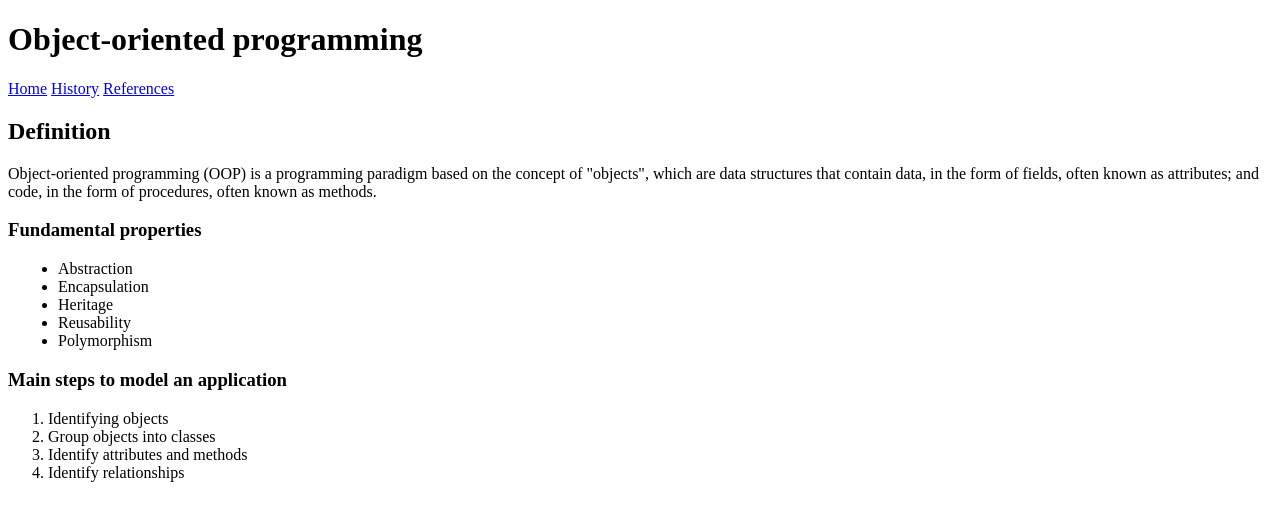
Repository: ReyesEvan/8.-Septimo_semestre
Page: Aplicaciones_en_ambientes_distribuidos/OOP/V3/home.html
These files come from the project's save history. The page is drawn as it stood at one moment and after the next save; the edit follows.
The browser window is 1280 px wide. The pictures show the whole page.

Above is the page before, as saved 2019-09-30 18:23:02.

### Aplicaciones_en_ambientes_distribuidos/OOP/V3/home.html
<!DOCTYPE html>
<html>
    <head>
        <link type="text/css" rel="stylesheet" href="main.css">
    </head>
    <body>
        <div class='header'>
            <h1>Object-oriented programming</h1>
            <ul class="nav">
                <li><a href="home.html">Home</a></li>
                <li><a href="history.html">History</a></li>
                <li><a href="references.html">References</a></li>
            </ul>
        </div>
        <div class='main-content'>
            <h2>Definition</h2>
            <p>Object-oriented programming (OOP) is a programming paradigm based on the concept of "objects", which are data structures that contain data, in the form of fields, often known as attributes; and code, in the form of procedures, often known as methods.
            </p>
            <h3>Fundamental properties</h3>
            <ul>
                <li>Abstraction</li>
                <li>Encapsulation</li>
                <li>Heritage</li>
                <li>Reusability</li>
                <li>Polymorphism</li>
            </ul>
            <h3>Main steps to model an application</h3>
            <ol>
                <li>Identifying objects</li>
                <li>Group objects into classes</li>
                <li>Identify attributes and methods</li>
                <li>Identify relationships</li>
            </ol>
        </div>
    </body>
</html>

### Aplicaciones_en_ambientes_distribuidos/OOP/V3/main.css
ul {
    padding: 0 0 0 50px;
}

.nav {
    padding-left: 0;
}

.nav li {
    display: inline;
}

After the next save:
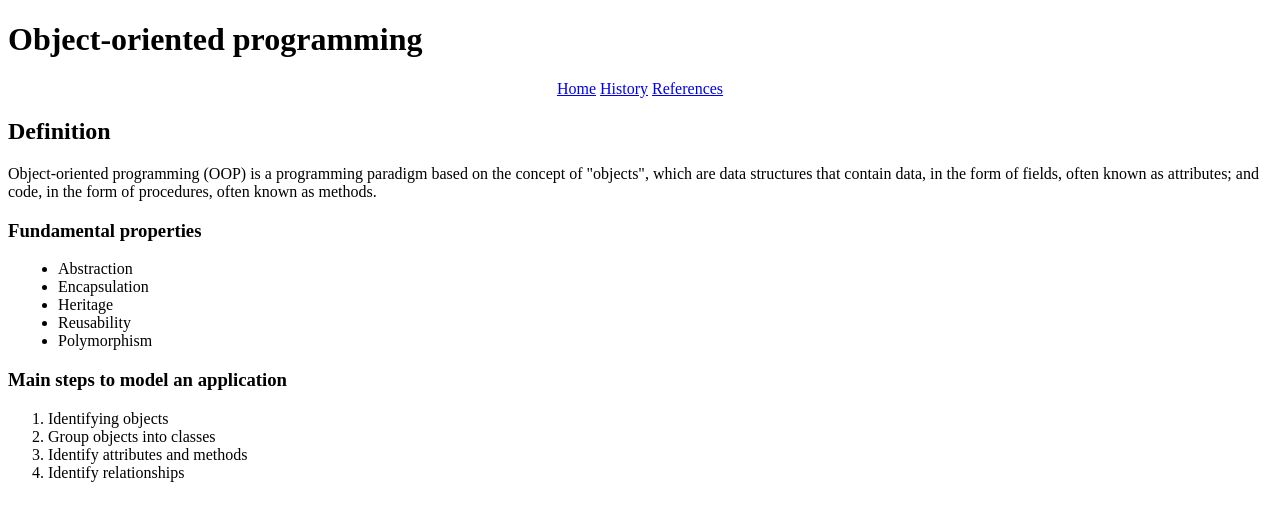
Saved 3 min 40 s later.
--- a/Aplicaciones_en_ambientes_distribuidos/OOP/V3/main.css
+++ b/Aplicaciones_en_ambientes_distribuidos/OOP/V3/main.css
@@ -4,6 +4,8 @@ ul {
 
 .nav {
     padding-left: 0;
+    margin: 5px 0 20px;
+    text-align: center;
 }
 
 .nav li {
